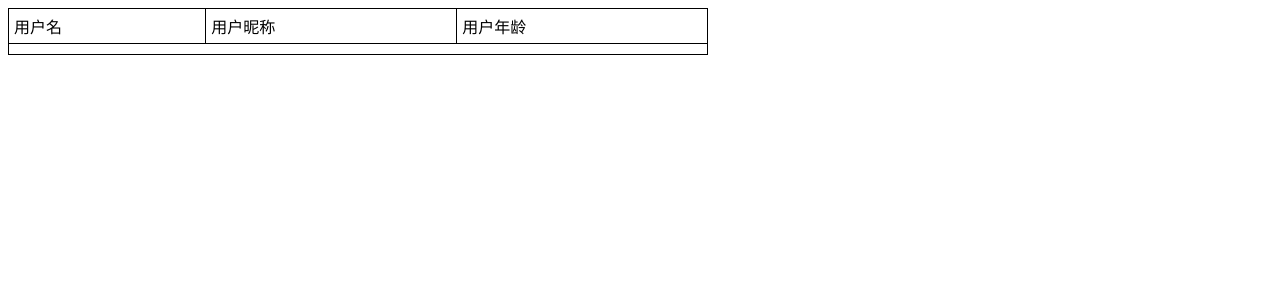
Repository: zoulincheng/javaeestudy
Page: http://localhost/jstl01/userList.do
These files come from the project's save history. The page is drawn as it stood at one moment and after the next save; the edit follows.
The browser window is 1280 px wide. The pictures show the whole page.
The page is served by Tomcat 9. Other server files are loaded and not shown.

Above is the page before, as saved 2016-06-13 14:14:36.

### j2EE/javaweb/jstl01/WebContent/WEB-INF/user/list.jsp
<%@ page language="java" contentType="text/html; charset=UTF-8"
    pageEncoding="UTF-8"%>
<%@taglib prefix="c" uri="http://java.sun.com/jsp/jstl/core" %>
<!DOCTYPE html PUBLIC "-//W3C//DTD HTML 4.01 Transitional//EN" "http://www.w3.org/TR/html4/loose.dtd">
<html>
<head>
<meta http-equiv="Content-Type" content="text/html; charset=UTF-8">
<title>Insert title here</title>
<style type="text/css">
	table{
		border-bottom: 1px solid #000;
		border-right: 1px solid #000;
	}
	table td{
		border-top: 1px solid #000;
		border-left: 1px solid #000;
		padding: 5px;
	}
</style>
</head>
<body>
<table width="700" cellpadding="0" cellspacing="0">
	<tr><td>用户名</td><td>用户昵称</td><td>用户年龄</td></tr>
	<c:if test="${empty users }">
		<tr><td colspan="3"></td></tr>
	</c:if>
	<c:forEach var="user" items="${users}">
		<tr><td>${user.username }</td><td>${user.nickname }</td><td>${user.age }</td></tr>
	</c:forEach>
</table>
</body>
</html>

### j2EE/javaweb/jstl01/src/itat/zttc/mvc/servlet/UserList.java
package itat.zttc.mvc.servlet;

import java.io.IOException;
import java.util.List;

import javax.servlet.ServletException;
import javax.servlet.http.HttpServlet;
import javax.servlet.http.HttpServletRequest;
import javax.servlet.http.HttpServletResponse;

import itat.zttc.mvc.model.User;

/**
 * Servlet implementation class UserList
 */
public class UserList extends HttpServlet {
	private static final long serialVersionUID = 1L;

    /**
     * @see HttpServlet#HttpServlet()
     */
    public UserList() {
        super();
    }

	/**
	 * @see HttpServlet#doGet(HttpServletRequest request, HttpServletResponse response)
	 */
	protected void doGet(HttpServletRequest request, HttpServletResponse response) throws ServletException, IOException {
		doPost(request, response);
	}

	/**
	 * @see HttpServlet#doPost(HttpServletRequest request, HttpServletResponse response)
	 */
	protected void doPost(HttpServletRequest request, HttpServletResponse response) throws ServletException, IOException {
		List<User> users = (List<User>)request.getSession().getServletContext().getAttribute("storeUsers");
		request.setAttribute("users", users);
		request.getRequestDispatcher("/WEB-INF/user/list.jsp").forward(request, response);
	}

}

After the next save:
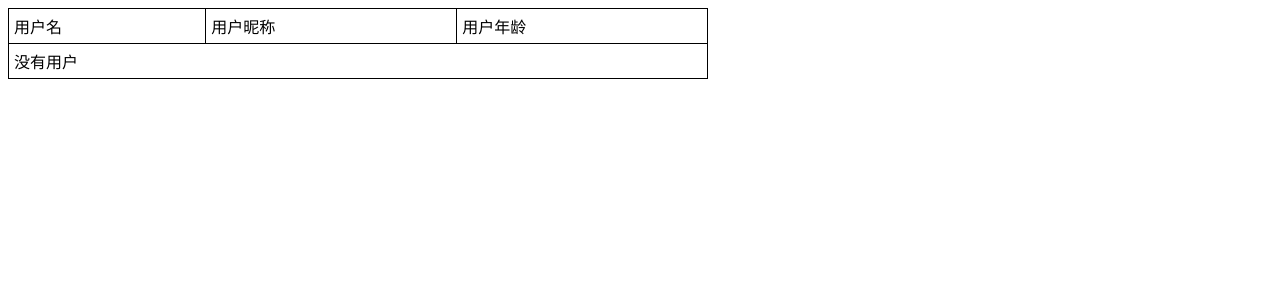
Saved 11 s later.
--- a/j2EE/javaweb/jstl01/WebContent/WEB-INF/user/list.jsp
+++ b/j2EE/javaweb/jstl01/WebContent/WEB-INF/user/list.jsp
@@ -22,7 +22,7 @@
 <table width="700" cellpadding="0" cellspacing="0">
 	<tr><td>用户名</td><td>用户昵称</td><td>用户年龄</td></tr>
 	<c:if test="${empty users }">
-		<tr><td colspan="3"></td></tr>
+		<tr><td colspan="3">没有用户</td></tr>
 	</c:if>
 	<c:forEach var="user" items="${users}">
 		<tr><td>${user.username }</td><td>${user.nickname }</td><td>${user.age }</td></tr>
